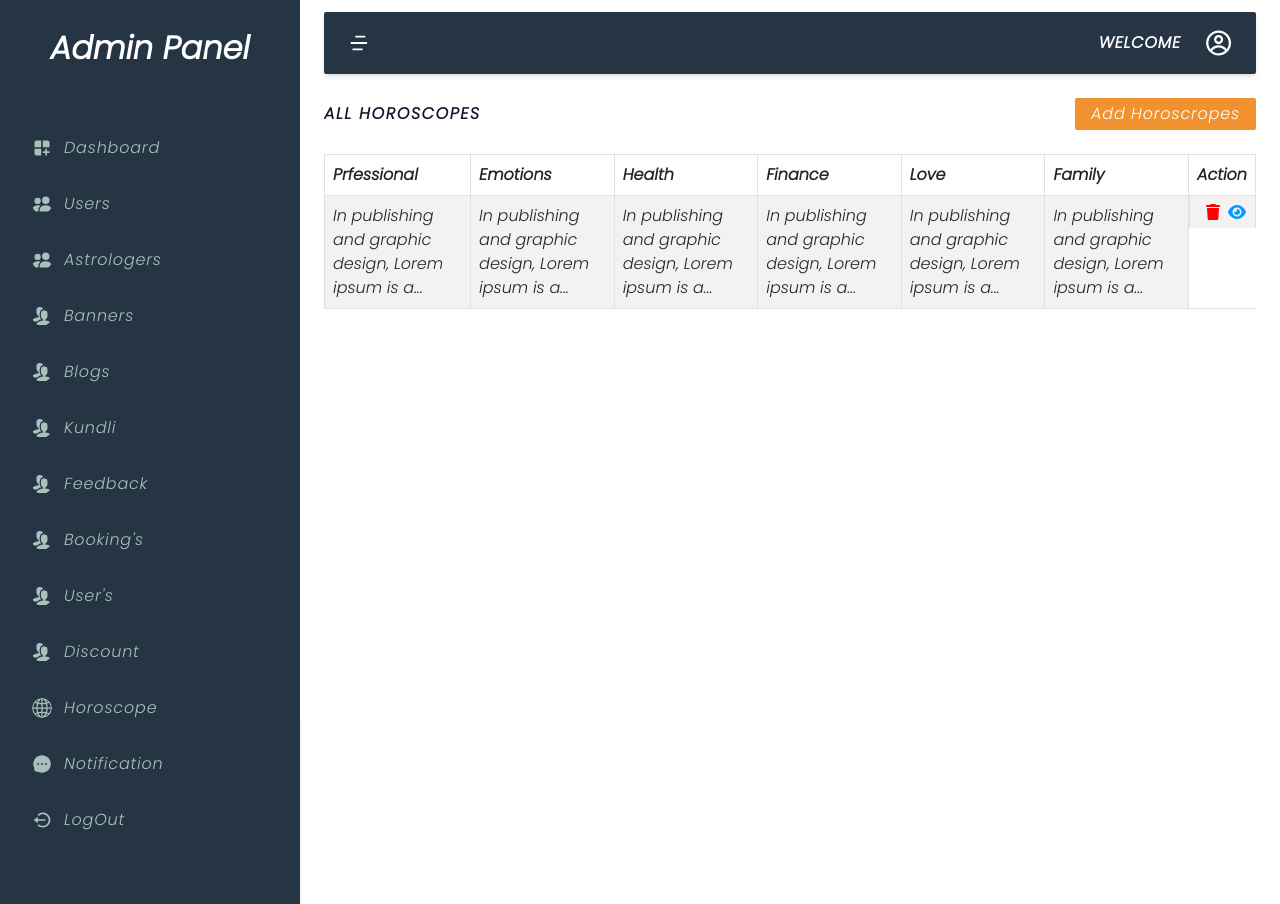
Repository: FlyweisReact/Hariom-Admin-Panel
Page: /horo
These files come from the project's save history. The page is drawn as it stood at one moment and after the next save; the edit follows.
The browser window is 1280 px wide. The pictures show the whole page.
Some web libraries are served in a nearby version. The project was rebuilt for these pictures with package versions that can differ from the ones it lists, and the page was loaded fresh each time. Also part of the build but not shown: src/vendorPanel/forms/VendorLogin.jsx, src/vendorPanel/pages/AdminDiscount.js, src/vendorPanel/pages/AdminReview.js, src/vendorPanel/pages/Astrologers.js, src/vendorPanel/pages/Banners.js, src/vendorPanel/pages/Booking.js, src/vendorPanel/pages/Kundli.js, src/vendorPanel/pages/Message.js and 6 more.

Above is the page before, as saved 2023-04-15 15:35:20.

After the next save:
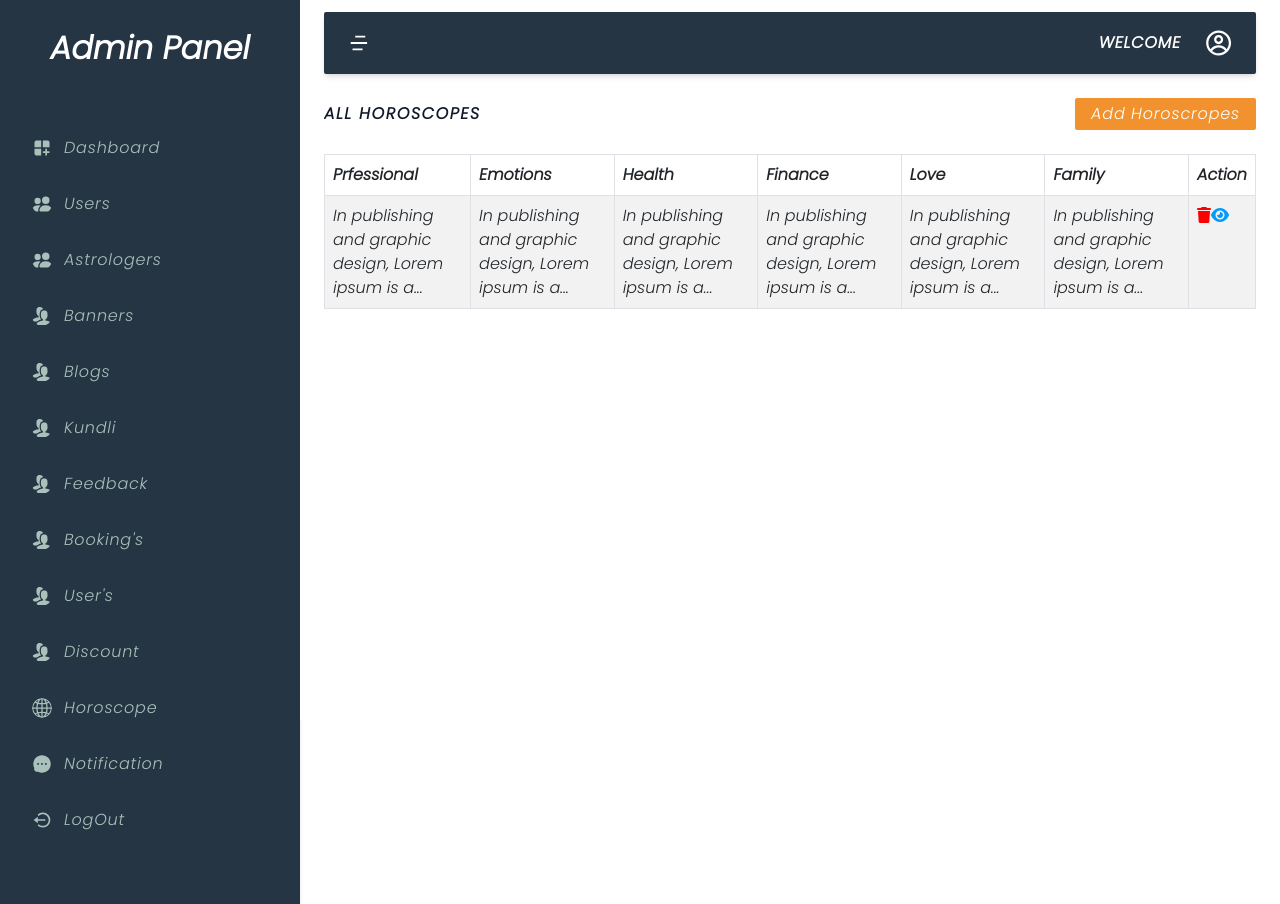
Saved 6 s later.
--- a/src/vendorPanel/pages/Horoscope.js
+++ b/src/vendorPanel/pages/Horoscope.js
@@ -77,8 +77,8 @@ const Horoscope = () => {
               <td> {Lorem.substring(0 ,50) + '...'} </td>
               <td> {Lorem.substring(0 ,50) + '...'} </td>
               <td> {Lorem.substring(0 ,50) + '...'} </td>
-              <td className="d-flex gap-2">
-              <span>
+              <td >
+              <span className="d-flex gap-2">
 
               </span>
                 <i className="fa-solid fa-trash" />
